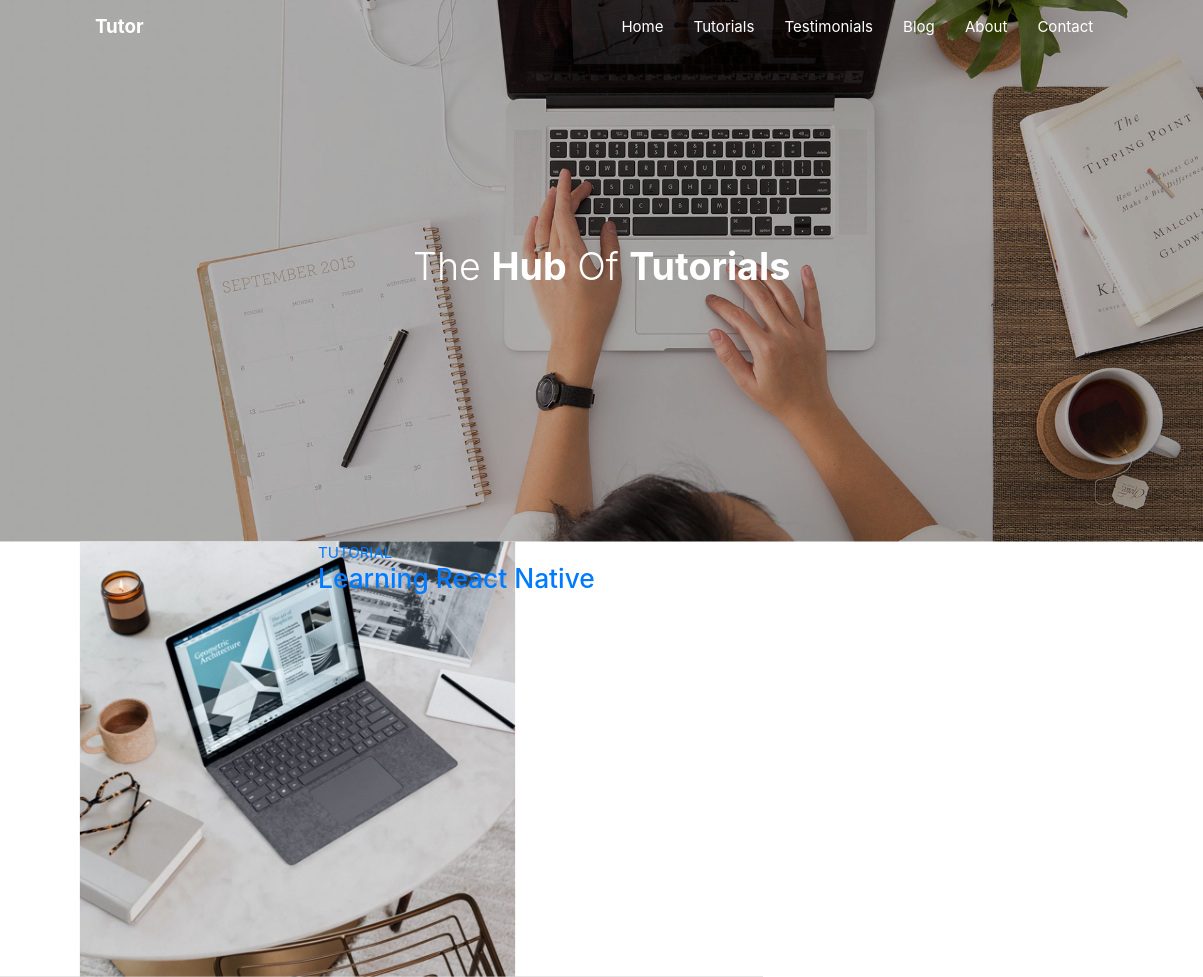
Repository: longvh2003/Tutor
Page: Views/home.html
The author's editor kept a copy of each file at every save. The page is drawn from the files as they stood at one save, then again after the next save.
The browser window is 1280 px wide. The pictures show the whole page, at 94% of full size.
Some web libraries are served in a nearby version.

Above is the page before, as saved 2020-08-12 16:31:14.

After the next save:
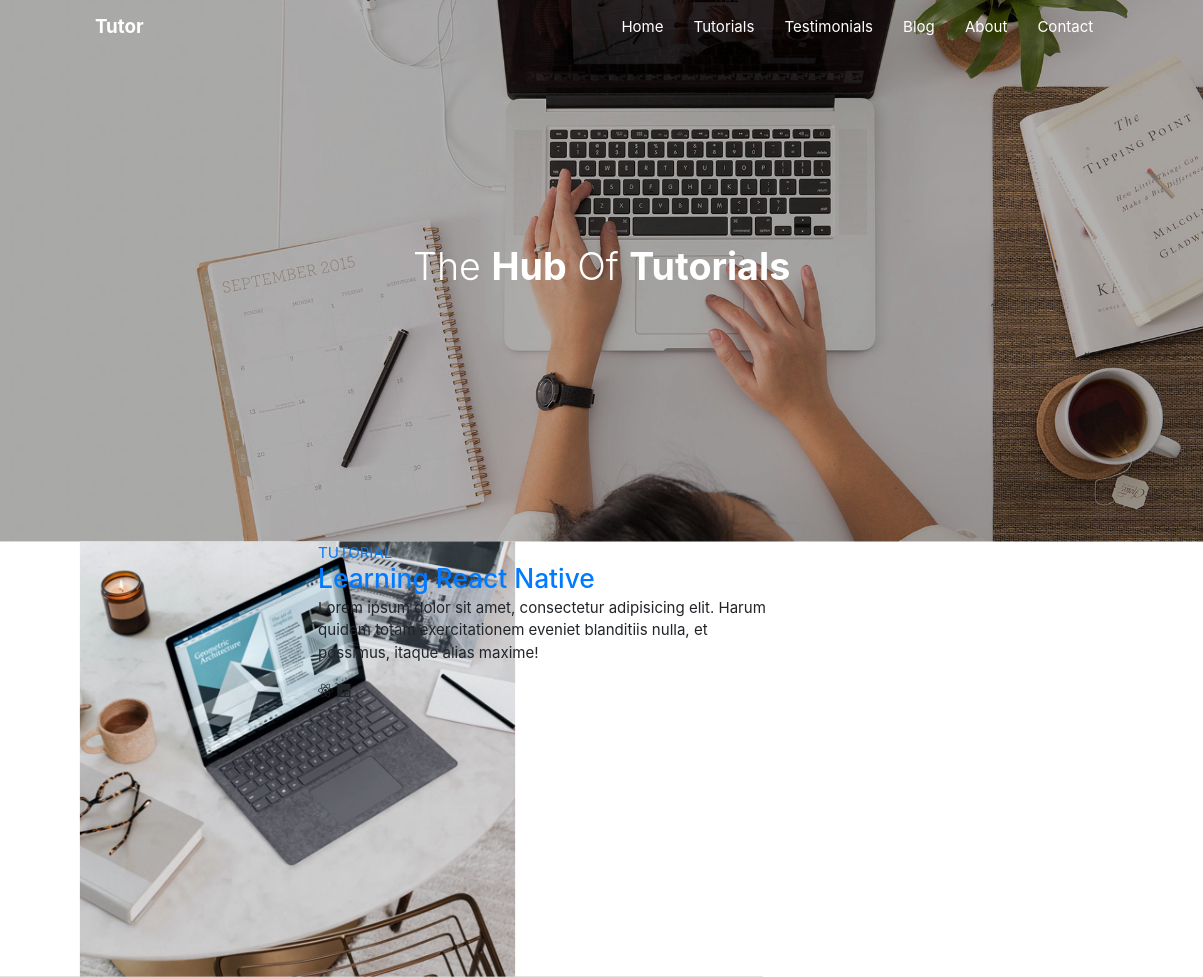
Saved 115 s later.
--- a/Views/home.html
+++ b/Views/home.html
@@ -53,6 +53,12 @@
                     <div class="col-md-8">
                         <div><a href="#">TUTORIAL</a></div>
                         <div><a href="#" class="h3">Learning React Native</a></div>
+                        <p>Lorem ipsum dolor sit amet, consectetur adipisicing elit. Harum quidem totam exercitationem
+                            eveniet blanditiis nulla, et possimus, itaque alias maxime!</p>
+                        <div>
+                            <span><i class="fab fa-react"></i></span>
+                            <span><i class="fab fa-js"></i></span>
+                        </div>
                     </div>
                 </div>
             </div>
